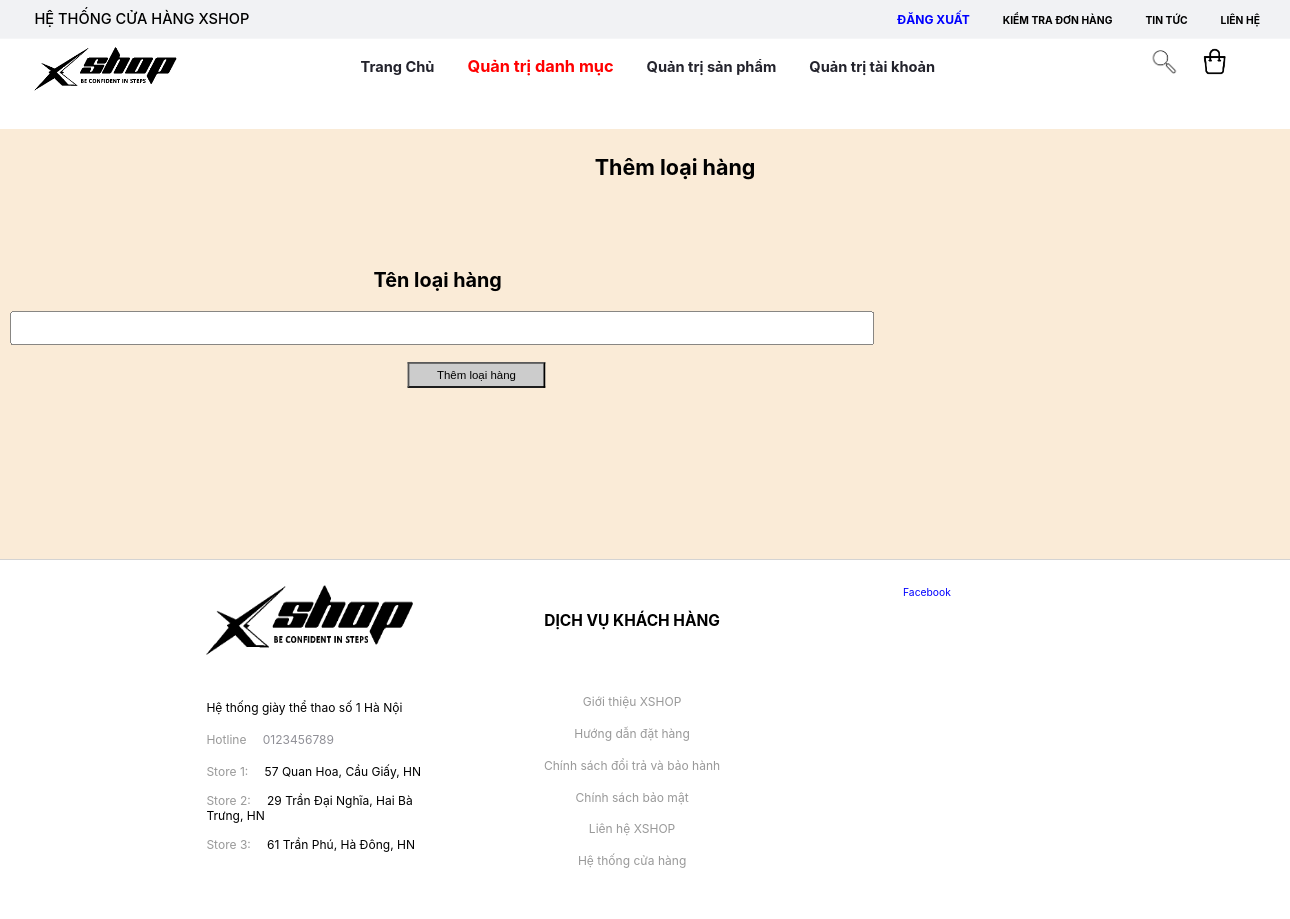
Repository: tienaq123/dam
Page: http://localhost/ass/ad/themdanhmuc.php
The author's editor kept a copy of each file at every save. The page is drawn from the files as they stood at one save, then again after the next save.
The browser window is 1280 px wide. The page is 1500 px wide, so the pictures cover 1500 px, including what lies to the right of the window. The pictures show the whole page, at 86% of full size.
The page is run by PHP 8.4 with error messages shown; the project is at /var/www/html/.

Above is the page before, as saved 2021-10-14 06:11:27.

After the next save:
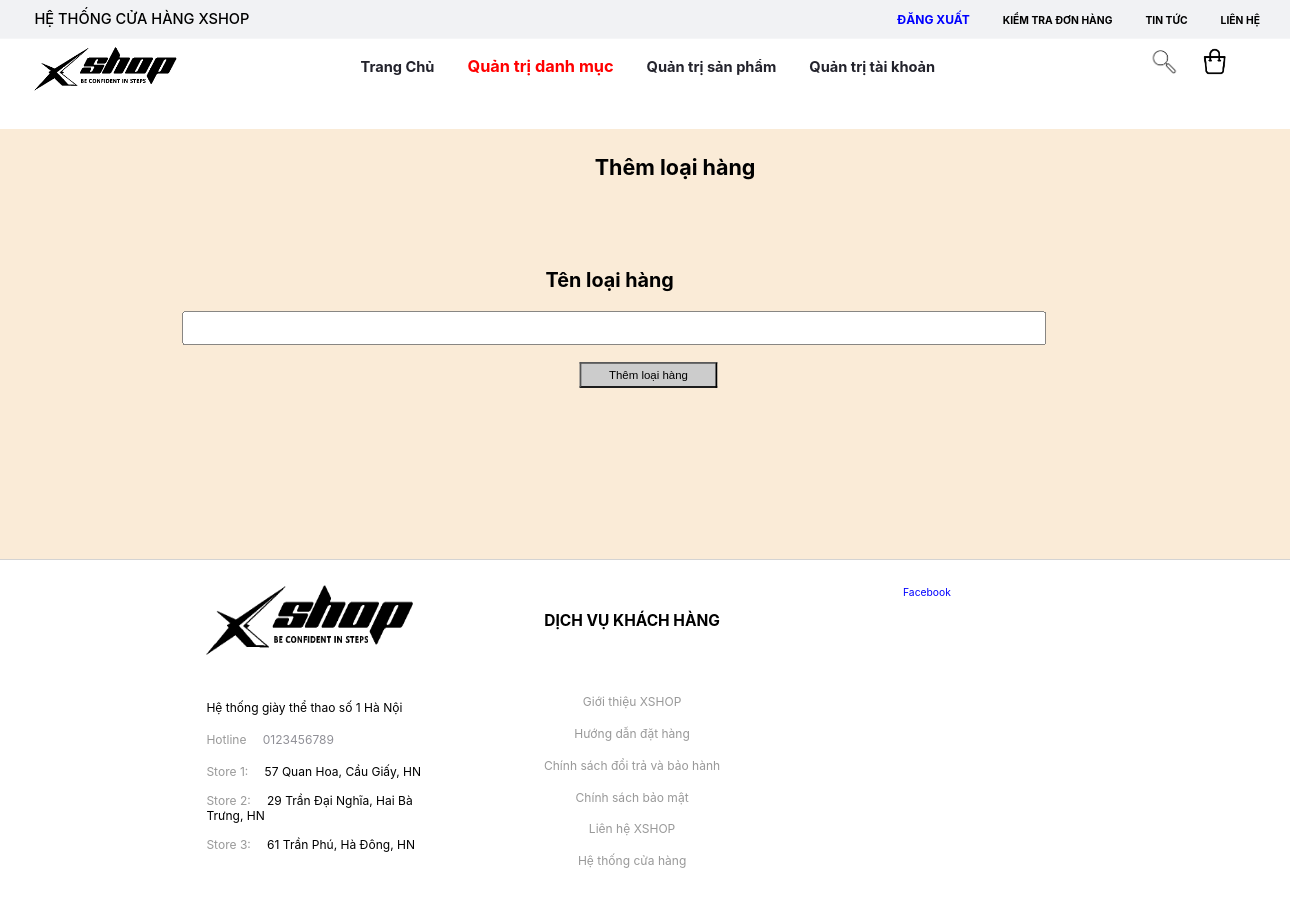
Saved 14 s later.
--- a/css/themdm.css
+++ b/css/themdm.css
@@ -130,6 +130,7 @@
 
 form{
     text-align: center;
+    margin-left: 200px;
 }
 
 main {

After the 2 saves that followed:
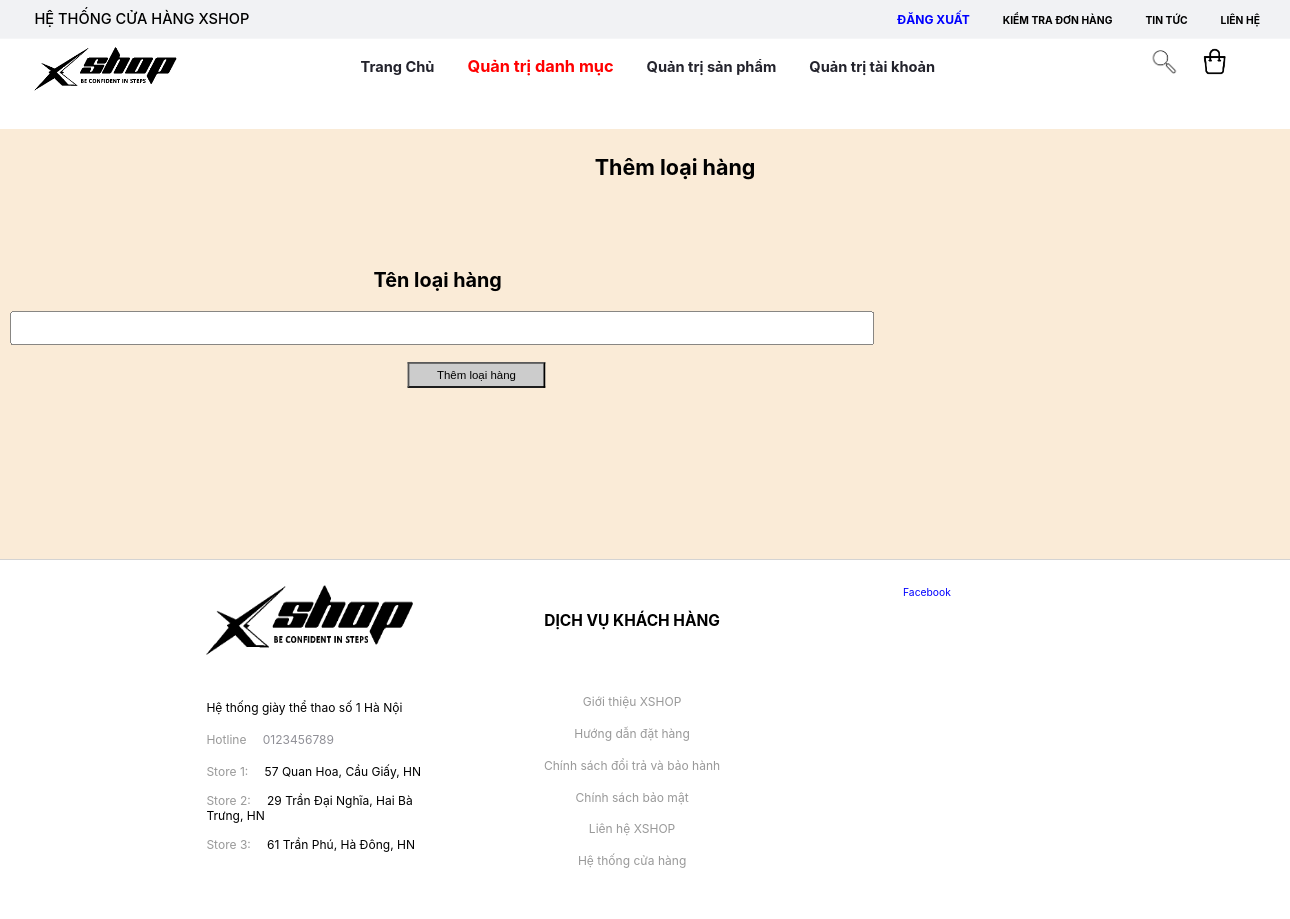
The 2 saves are shown as one change because 1 left the picture as it was.
The last was saved 28 s later.
--- a/css/themdm.css
+++ b/css/themdm.css
@@ -128,10 +128,7 @@
     margin-right: 20px;
 }
 
-form{
-    text-align: center;
-    margin-left: 200px;
-}
+
 
 main {
     text-align: center;
